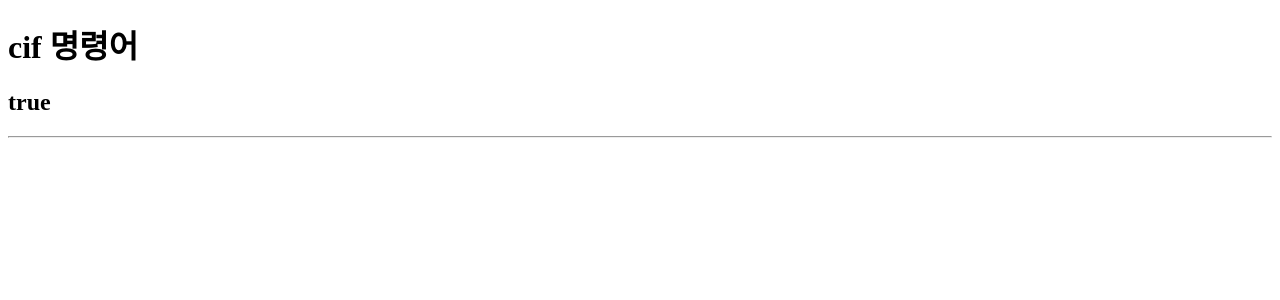
Repository: JaeYong-An/jstl
Page: http://localhost/jstl_study/step-1.jsp
These files come from the project's save history. The page is drawn as it stood at one moment and after the next save; the edit follows.
The browser window is 1280 px wide. The pictures show the whole page.
The page is served by Tomcat 9. Other server files are loaded and not shown.

Above is the page before, as saved 2023-11-22 04:18:10.

### jstl_study/src/main/webapp/step-1.jsp
<%@ page language="java" contentType="text/html; charset=UTF-8"
    pageEncoding="UTF-8"%>
    <%@ taglib uri="http://java.sun.com/jsp/jstl/core" prefix="c"%>
<!DOCTYPE html>
<html>
<head>
<meta charset="UTF-8">
<title>Insert title here</title>
</head>
<body>
	<h1>cif 명령어</h1>
	<c:if test="true">
		<h2>true</h2>
	</c:if>

	<hr>
</body>
</html>

After the next save:
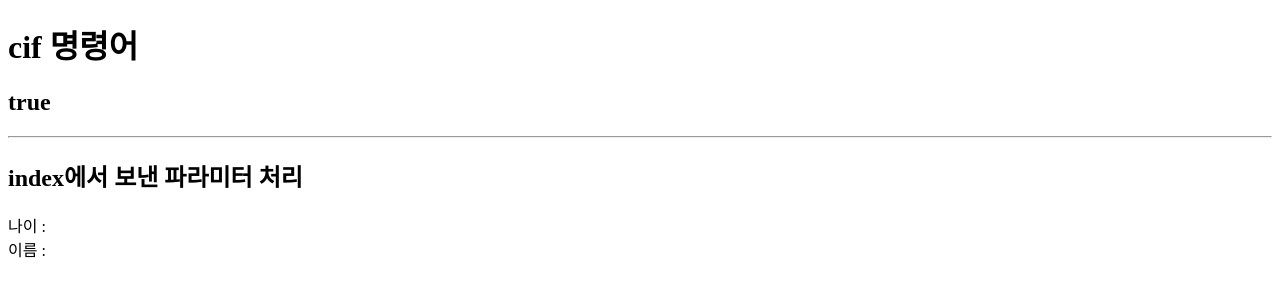
Saved 2 min 23 s later.
--- a/jstl_study/src/main/webapp/step-1.jsp
+++ b/jstl_study/src/main/webapp/step-1.jsp
@@ -14,5 +14,11 @@
 	</c:if>
 
 	<hr>
+
+	<!-- query String 방식 : 주소?정보=13&정보=123  ->파라미터를 보낸다라고 함  -->
+
+	<h2>index에서 보낸 파라미터 처리</h2>
+	나이 : ${param.age } <br>
+	이름 : ${param.name }
 </body>
 </html>
